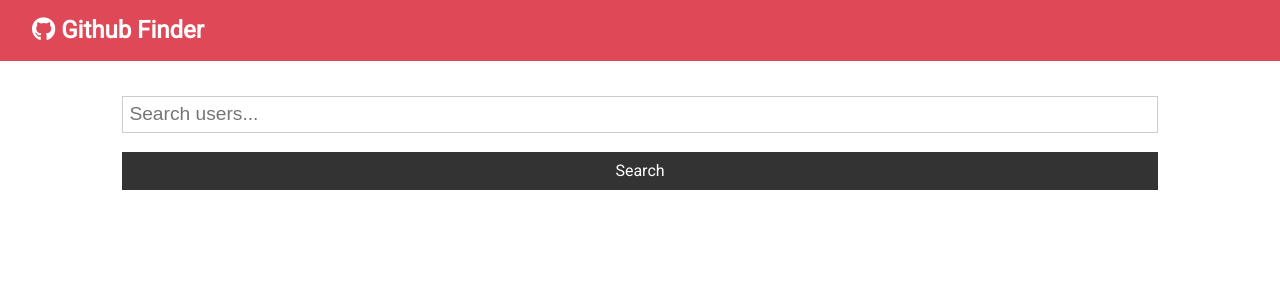
Repository: zhapar/github-finder
Page: /
The author's editor kept a copy of each file at every save. The page is drawn from the files as they stood at one save, then again after the next save.
The browser window is 1280 px wide. The pictures show the whole page.
Some web libraries are served in a nearby version. The project was rebuilt for these pictures with package versions that can differ from the ones it lists, and the page was loaded fresh each time. Also part of the build but not shown: src/components/users/UserItem.js, src/components/layout/Spinner.js.

Above is the page before, as saved 2020-05-08 15:30:48.

After the next save:
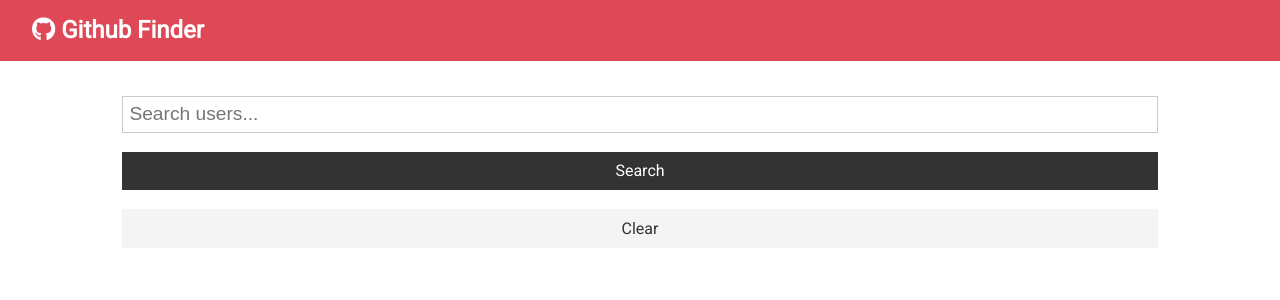
Saved 116 s later.
--- a/src/components/users/Search.js
+++ b/src/components/users/Search.js
@@ -35,6 +35,7 @@ export class Search extends Component {
             className="btn btn-dark btn-block"
           />
         </form>
+        <button className="btn btn-light btn-block">Clear</button>
       </div>
     );
   }
